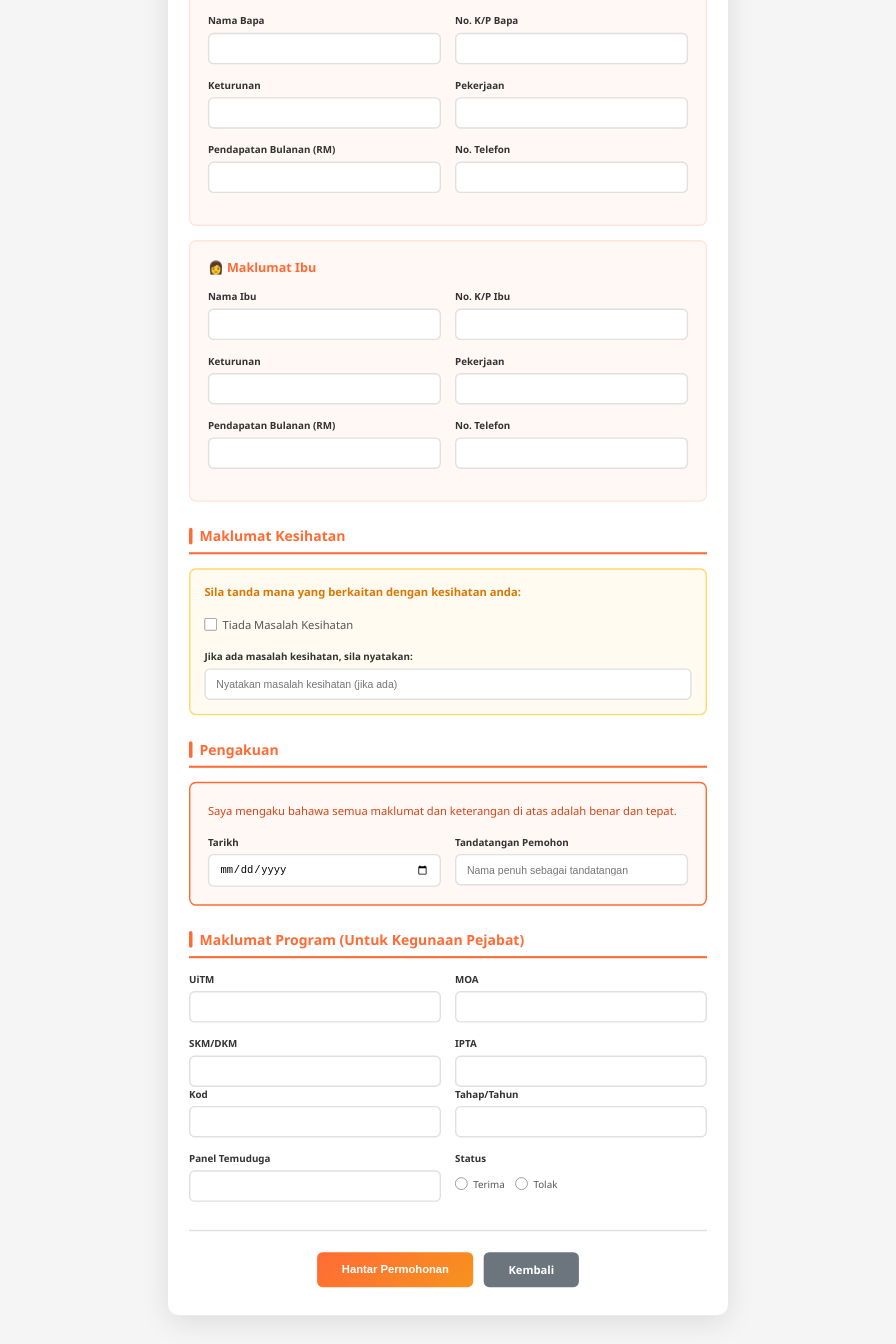
Repository: Aliyamai/SPB1K
Page: borangElektrik.html
The author's editor kept a copy of each file at every save. The page is drawn from the files as they stood at one save, then again after the next save.
The browser window is 1280 px wide. The pictures show the part of the page from y = 1477 to 3397 px (the page is 3397 px tall before and 3340 px after), at 70% of full size.

Above is the page before, as saved 2025-11-21 09:23:45.

After the next save:
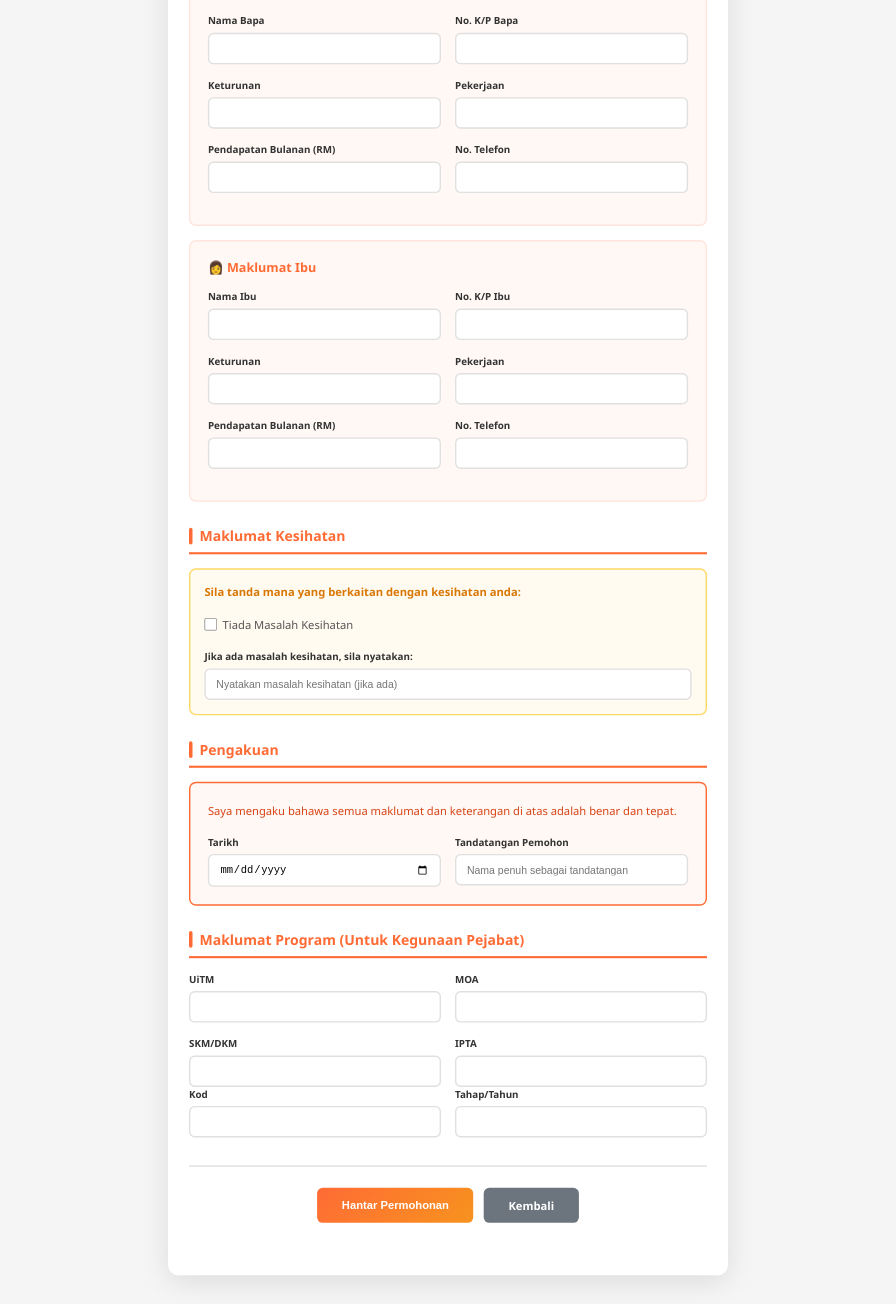
Saved 87 min 4 s later.
--- a/borangElektrik.html
+++ b/borangElektrik.html
@@ -540,20 +540,7 @@
           </div>
         </div>
 
-        <div class="form-grid">
-          <div class="form-field">
-            <label>Panel Temuduga</label>
-            <input type="text" name="panel">
-          </div>
-          <div class="form-field">
-            <label>Status</label>
-            <div class="radio-group">
-              <label><input type="radio" name="status" value="terima"> Terima</label>
-              <label><input type="radio" name="status" value="tolak"> Tolak</label>
-            </div>
-          </div>
-        </div>
-      </div>
+
 
       <!-- Action Buttons -->
       <div class="buttons">
